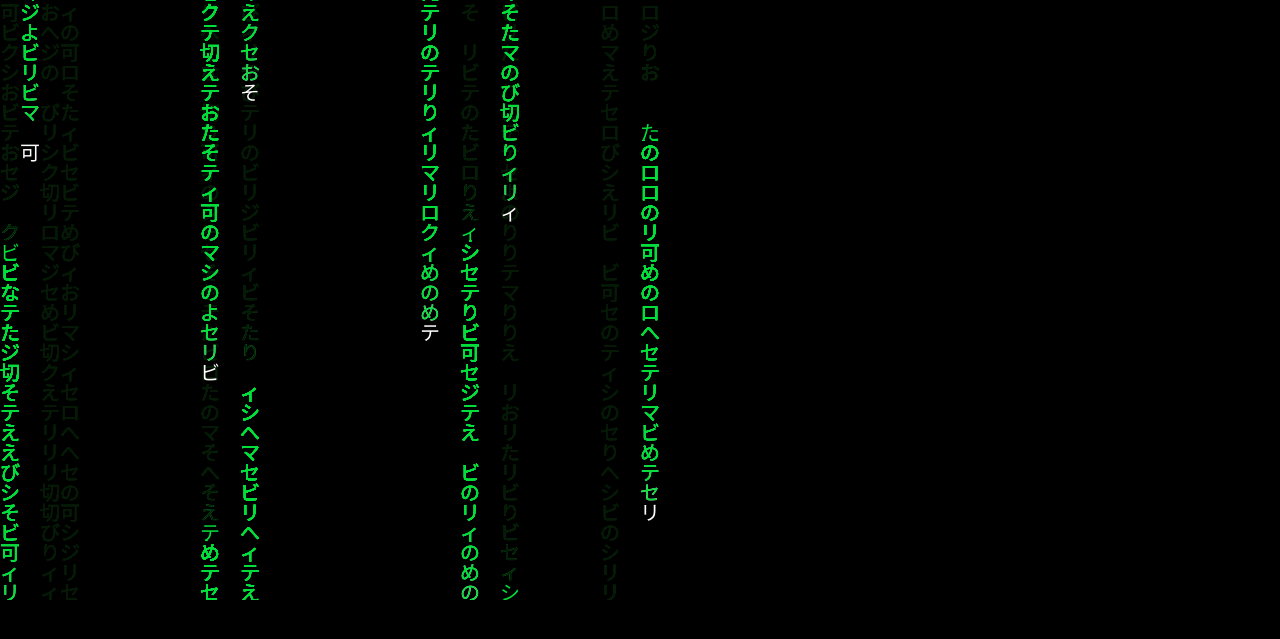
Repository: superdids/DAT152
Page: DigitalRain/WebContent/index.html
The author's editor kept a copy of each file at every save. The page is drawn from the files as they stood at one save, then again after the next save.
The browser window is 1280 px wide. The pictures show the whole page.

Above is the page before, as saved 2015-09-01 13:04:09.

After the next save:
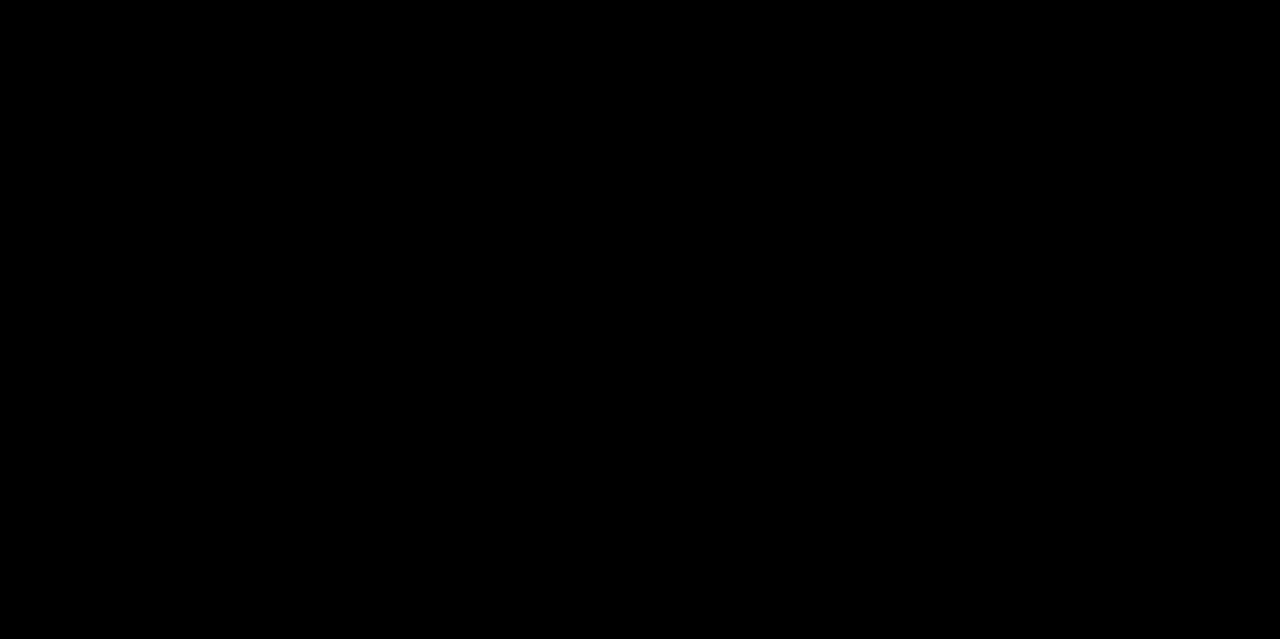
Saved 65 s later.
--- a/DigitalRain/WebContent/index.html
+++ b/DigitalRain/WebContent/index.html
@@ -8,7 +8,8 @@
 </head>
 <body>
 
+<canvas id="d">
 <canvas id="c"></canvas>
-
+</canvas>
 </body>
 </html>

After the 2 saves that followed:
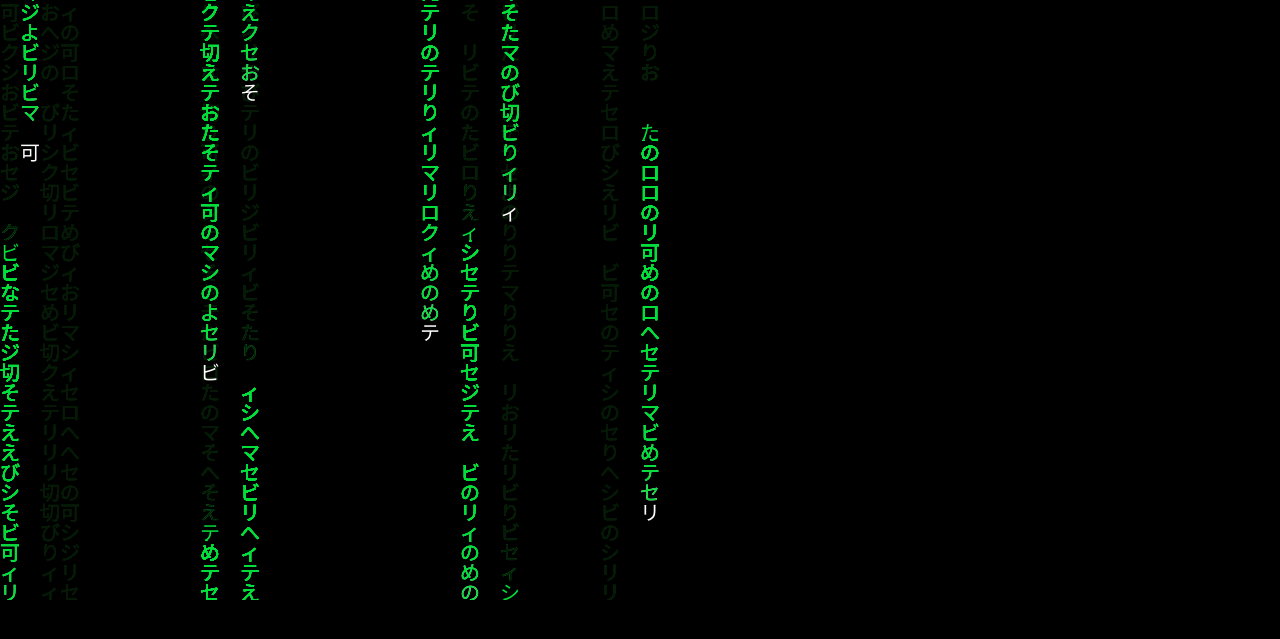
The 2 saves are shown as one change because they came seconds apart.
The last was saved 7 s later.
--- a/DigitalRain/WebContent/index.html
+++ b/DigitalRain/WebContent/index.html
@@ -8,8 +8,8 @@
 </head>
 <body>
 
-<canvas id="d">
+
 <canvas id="c"></canvas>
-</canvas>
+
 </body>
 </html>
